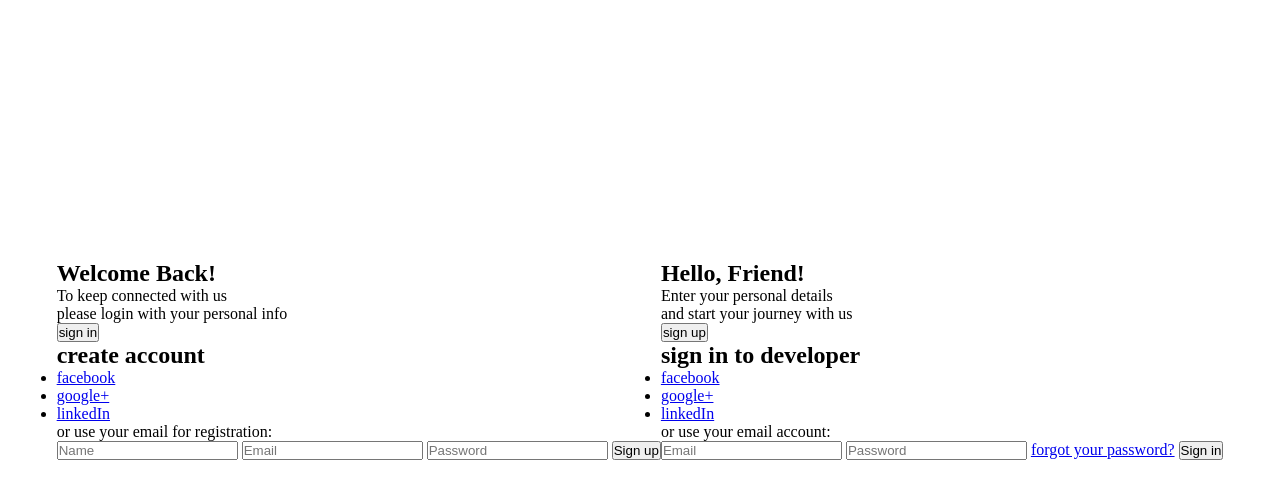
Repository: Gcodeco/ii9Telecom
Page: dist/public/login.html
The author's editor kept a copy of each file at every save. The page is drawn from the files as they stood at one save, then again after the next save.
The browser window is 1280 px wide. The pictures show the whole page.

Above is the page before, as saved 2024-10-29 22:01:44.

After the next save:
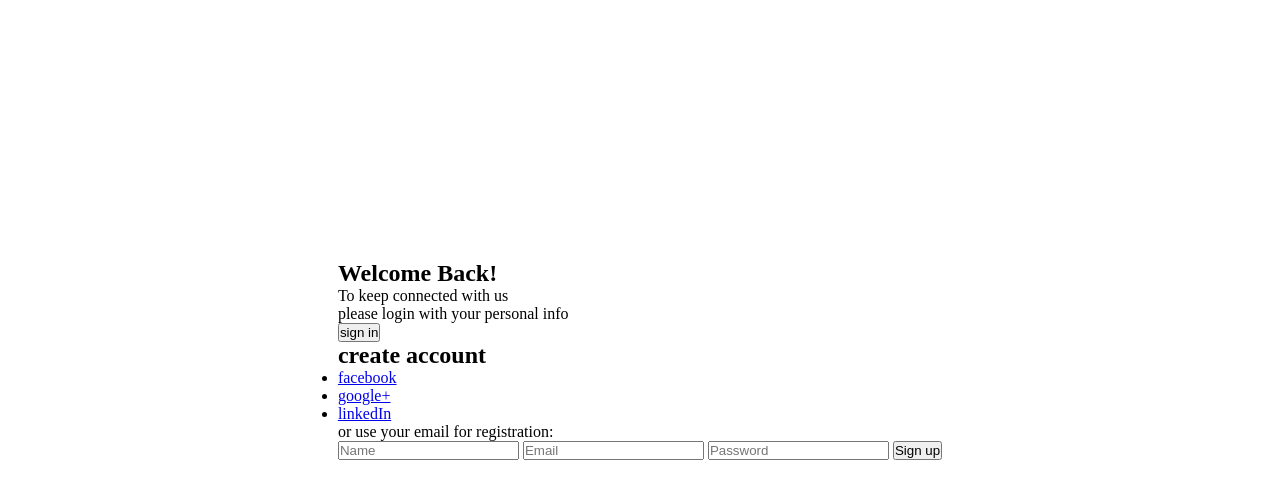
Saved 51 s later.
--- a/dist/public/login.html
+++ b/dist/public/login.html
@@ -8,7 +8,7 @@
 </head>
 <body>
     <div class="container-login">
-        <div class="content first content">
+        <div class="content first-content">
             <div class="first column">
                 <h2 class="title">Welcome Back!</h2>
                 <p class="description">To keep connected with us</p>
@@ -33,7 +33,7 @@
                 </form>
             </div>
         </div>
-        <div class="content second content">
+        <div class="content second-content">
             <div class="content first content">
                 <div class="first column">
                     <h2 class="title">Hello, Friend!</h2>
